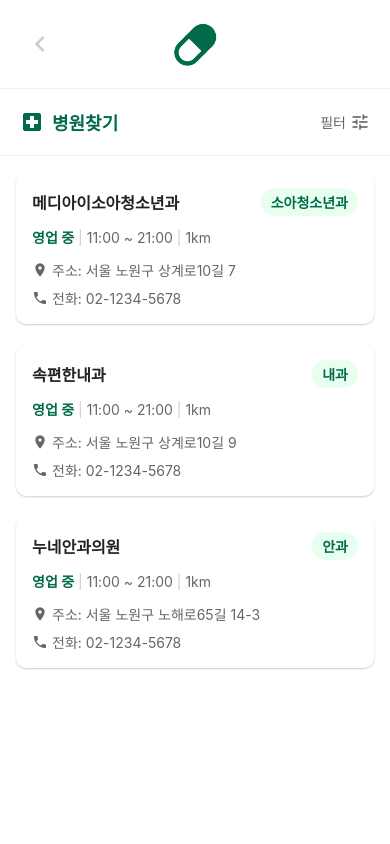
Repository: Sesac-icare/FrontEndiCare
Screen: /HospitalList (app in iCare/)
The author's editor kept a copy of each file at every save. The screen is drawn from the files as they stood at one save, then again after the next save.
The app was drawn by React Native's web renderer in a window 390 px wide. The project was rebuilt for these pictures with package versions that can differ from the ones it lists, and the page was loaded fresh each time. Some packages were replaced by stand-ins written for this rebuild. Also part of the build but not shown: iCare/components/Header.js, iCare/components/Contents.js, iCare/components/PharmacyList.js, iCare/components/MyPage.js, iCare/components/auth/SignUp.js, iCare/components/DocumentStorage.js.

Above is the screen before, as saved 2025-02-06 12:38:36.

### iCare/index.js
import { registerRootComponent } from "expo";

import App from "./App";

// registerRootComponent calls AppRegistry.registerComponent('main', () => App);
// It also ensures that whether you load the app in Expo Go or in a native build,
// the environment is set up appropriately
registerRootComponent(App);

// import { AppRegistry } from "react-native";
// import App from "./src/App";
// import { iCare } from "./app.json";

// import appConfig from "./app.json";

// const appName = appConfig.expo.name;

// AppRegistry.registerComponent(appName, () => App);

### iCare/App.js
import React, { useState, useEffect } from "react";
import { NavigationContainer } from "@react-navigation/native";
import { createNativeStackNavigator } from "@react-navigation/native-stack";
import { createBottomTabNavigator } from "@react-navigation/bottom-tabs";
import { View, StyleSheet, SafeAreaView, Text } from "react-native";
import { MaterialIcons } from "@expo/vector-icons";
import Header from "./components/Header";
import Contents from "./components/Contents";
import Splash from "./components/Splash";
import HospitalList from "./components/HospitalList";
import PharmacyList from "./components/PharmacyList";
import MyPage from "./components/MyPage";
import Login from "./components/auth/Login";
import SignUp from "./components/auth/SignUp";
import DocumentStorage from "./components/DocumentStorage";

const Stack = createNativeStackNavigator();
const Tab = createBottomTabNavigator();

// 임시 채팅, 마이페이지 컴포넌트
const ChatScreen = () => (
  <SafeAreaView style={styles.safe}>
    <View style={styles.container}>
      <Header />
      <View style={styles.center}>
        <Text>채팅 화면</Text>
      </View>
    </View>
  </SafeAreaView>
);

const HomeScreen = () => {
  return (
    <SafeAreaView style={styles.safe}>
      <View style={styles.container}>
        <Header />
        <Contents />
      </View>
    </SafeAreaView>
  );
};

// 탭 네비게이터
function TabNavigator() {
  return (
    <Tab.Navigator
      screenOptions={{
        headerShown: false,
        tabBarStyle: {
          height: 60,
          borderTopWidth: 1,
          borderTopColor: "#f0f0f0",
          paddingBottom: 20,
          paddingTop: 10,
          height: 80
        },
        tabBarActiveTintColor: "#016a4c",
        tabBarInactiveTintColor: "#CCCCCC",
        tabBarLabelStyle: {
          paddingBottom: 8,
          fontSize: 12,
          fontWeight: "500",
          marginTop: -4
        },
        tabBarIconStyle: {
          marginTop: -4
        }
      }}
    >
      <Tab.Screen
        name="홈"
        component={HomeScreen}
        options={{
          tabBarIcon: ({ color }) => (
            <MaterialIcons name="home" size={28} color={color} />
          )
        }}
      />
      <Tab.Screen
        name="채팅"
        component={ChatScreen}
        options={{
          tabBarIcon: ({ color }) => (
            <MaterialIcons name="forum" size={28} color={color} />
          )
        }}
      />
      <Tab.Screen
        name="마이페이지"
        component={MyPage}
        options={{
          tabBarIcon: ({ color }) => (
            <MaterialIcons name="person" size={28} color={color} />
          )
        }}
      />
    </Tab.Navigator>
  );
}

const App = () => {
  const [isLoading, setIsLoading] = useState(true);

  useEffect(() => {
    // 3초 후에 스플래시 화면 숨기기
    const timer = setTimeout(() => {
      setIsLoading(false);
    }, 3000);

    return () => clearTimeout(timer);
  }, []);

  if (isLoading) {
    return <Splash />;
  }

  return (
    <NavigationContainer>
      <Stack.Navigator screenOptions={{ headerShown: false }}>
        <Stack.Screen name="Login" component={Login} />
        <Stack.Screen name="SignUp" component={SignUp} />
        <Stack.Screen name="MainTabs" component={TabNavigator} />
        <Stack.Screen name="HospitalList" component={HospitalList} />
        <Stack.Screen name="PharmacyList" component={PharmacyList} />
        <Stack.Screen name="DocumentStorage" component={DocumentStorage} />
      </Stack.Navigator>
    </NavigationContainer>
  );
};

const styles = StyleSheet.create({
  safe: {
    flex: 1,
    backgroundColor: "#ffffff"
  },
  container: {
    flex: 1,
    backgroundColor: "#ffffff"
  },
  center: {
    flex: 1,
    justifyContent: "center",
    alignItems: "center"
  },
  button: {
    backgroundColor: "#f0f0f0",
    padding: 14,
    borderRadius: 9,
    marginBottom: 9,
    alignItems: "center"
  },
  buttonText: {
    fontSize: 18,
    color: "green",
    fontFamily: "NotoSansKR"
  }
});

export default App;

### iCare/components/Splash.js
import React from "react";
import { View, Text, StyleSheet, Image, Dimensions } from "react-native";

const { height } = Dimensions.get("window");

export default function Splash() {
  return (
    <View style={styles.container}>
      <View style={styles.logoContainer}>
        <Image
          source={require("../assets/iCareLogo.jpg")}
          style={styles.logo}
          resizeMode="contain"
        />
      </View>
      <View style={styles.footer}>
        <Text style={styles.title}>iCare</Text>
        <Text style={styles.subtitle}>
          아이를 위한 24시간 병원 및 약국 찾기
        </Text>
      </View>
    </View>
  );
}

const styles = StyleSheet.create({
  container: {
    flex: 1,
    backgroundColor: "#016a4c",
    justifyContent: "center"
  },
  logoContainer: {
    position: "absolute",
    top: "40%",
    left: 0,
    right: 0,
    alignItems: "center"
  },
  logo: {
    width: 200,
    height: 200
  },
  footer: {
    position: "absolute",
    bottom: 80,
    left: 0,
    right: 0,
    alignItems: "center"
  },
  title: {
    fontSize: 36,
    color: "#12b67a",
    marginBottom: 8,
    fontFamily: "NotoSansKR",
    fontWeight: "bold"
  },
  subtitle: {
    fontSize: 18,
    color: "white",
    opacity: 0.8,
    fontFamily: "NotoSansKR",
    fontWeight: "400"
  }
});

### iCare/components/HospitalList.js
import React from "react";
import {
  View,
  Text,
  StyleSheet,
  ScrollView,
  TouchableOpacity,
  SafeAreaView,
  Image
} from "react-native";
import { MaterialIcons } from "@expo/vector-icons";
import { useNavigation } from "@react-navigation/native";

export default function HospitalList() {
  const navigation = useNavigation();
  const hospitals = [
    {
      type: "소아청소년과",
      name: "메디아이소아청소년과",
      status: "영업 중",
      hours: "11:00 ~ 21:00",
      distance: "1km",
      address: "서울 노원구 상계로10길 7",
      tel: "02-1234-5678"
    },
    {
      type: "내과",
      name: "속편한내과",
      status: "영업 중",
      hours: "11:00 ~ 21:00",
      distance: "1km",
      address: "서울 노원구 상계로10길 9",
      tel: "02-1234-5678"
    },
    {
      type: "안과",
      name: "누네안과의원",
      status: "영업 중",
      hours: "11:00 ~ 21:00",
      distance: "1km",
      address: "서울 노원구 노해로65길 14-3",
      tel: "02-1234-5678"
    }
  ];

  return (
    <SafeAreaView style={styles.safe}>
      <View style={styles.container}>
        <View style={styles.header}>
          <TouchableOpacity
            style={styles.backButton}
            onPress={() => navigation.goBack()}
          >
            <MaterialIcons name="chevron-left" size={32} color="#CCCCCC" />
          </TouchableOpacity>
          <Image
            source={require("../assets/HeaderGreenLogo.png")}
            style={styles.logo}
            resizeMode="contain"
          />
        </View>

        <View style={styles.subHeader}>
          <View style={styles.titleContainer}>
            <MaterialIcons name="local-hospital" size={24} color="#016A4C" />
            <Text style={styles.pageTitle}>병원찾기</Text>
          </View>
          <TouchableOpacity style={styles.filterButton}>
            <Text style={styles.filterText}>필터</Text>
            <MaterialIcons name="tune" size={20} color="#666666" />
          </TouchableOpacity>
        </View>

        <ScrollView style={styles.listContainer}>
          {hospitals.map((hospital, index) => (
            <TouchableOpacity key={index} style={styles.hospitalItem}>
              <View style={styles.hospitalHeader}>
                <Text style={styles.hospitalName}>{hospital.name}</Text>
                <View style={styles.typeLabel}>
                  <Text style={styles.typeText}>{hospital.type}</Text>
                </View>
              </View>
              <Text style={styles.statusText}>
                <Text
                  style={
                    hospital.status === "영업 중"
                      ? styles.openStatus
                      : styles.closedStatus
                  }
                >
                  {hospital.status}
                </Text>
                <Text style={styles.statusDivider}> | </Text>
                {hospital.hours}
                <Text style={styles.statusDivider}> | </Text>
                {hospital.distance}
              </Text>
              <View style={styles.addressContainer}>
                <MaterialIcons name="location-on" size={16} color="#666" />
                <Text style={styles.addressText}>주소: {hospital.address}</Text>
              </View>
              <View style={styles.telContainer}>
                <MaterialIcons name="phone" size={16} color="#666" />
                <Text style={styles.telText}>전화: {hospital.tel}</Text>
              </View>
            </TouchableOpacity>
          ))}
        </ScrollView>
      </View>
    </SafeAreaView>
  );
}

const styles = StyleSheet.create({
  safe: {
    flex: 1,
    backgroundColor: "#fff"
  },
  container: {
    flex: 1,
    backgroundColor: "#fff"
  },
  header: {
    flexDirection: "row",
    alignItems: "center",
    padding: 20,
    borderBottomWidth: 1,
    borderBottomColor: "#f0f0f0",
    backgroundColor: "#fff"
  },
  backButton: {
    padding: 4,
    position: "absolute",
    left: 20,
    zIndex: 1
  },
  logo: {
    width: 48,
    height: 48,
    marginLeft: "auto",
    marginRight: "auto"
  },
  subHeader: {
    flexDirection: "row",
    justifyContent: "space-between",
    alignItems: "center",
    padding: 20,
    backgroundColor: "#fff",
    borderBottomWidth: 1,
    borderBottomColor: "#f0f0f0"
  },
  titleContainer: {
    flexDirection: 'row',
    alignItems: 'center',
    gap: 8
  },
  pageTitle: {
    fontSize: 18,
    fontWeight: "bold",
    color: "#016A4C"
  },
  filterButton: {
    flexDirection: "row",
    alignItems: "center",
    gap: 4
  },
  filterText: {
    fontSize: 14,
    color: "#666666"
  },
  listContainer: {
    flex: 1,
    padding: 16
  },
  hospitalItem: {
    marginBottom: 20,
    padding: 16,
    backgroundColor: "#fff",
    borderRadius: 10,
    elevation: 2,
    shadowColor: "#000",
    shadowOffset: {
      width: 0,
      height: 1
    },
    shadowOpacity: 0.2,
    shadowRadius: 2
  },
  hospitalHeader: {
    flexDirection: 'row',
    alignItems: 'center',
    justifyContent: 'space-between',
    marginBottom: 12
  },
  hospitalName: {
    fontSize: 16,
    fontWeight: "bold",
    color: "#222222",
    flex: 1
  },
  typeLabel: {
    backgroundColor: "#E8FEEE",
    paddingVertical: 4,
    paddingHorizontal: 10,
    borderRadius: 20,
    marginLeft: 8
  },
  typeText: {
    color: "#016A4C",
    fontSize: 14,
    fontWeight: "600"
  },
  openStatus: {
    color: "#016A4C",
    fontWeight: "600"
  },
  closedStatus: {
    color: "#E53935",
    fontWeight: "600"
  },
  statusDivider: {
    color: "#CCCCCC"
  },
  statusText: {
    color: "#666",
    fontSize: 14,
    marginBottom: 12,
    lineHeight: 20
  },
  addressContainer: {
    flexDirection: "row",
    alignItems: "center",
    gap: 4,
    marginBottom: 8
  },
  telContainer: {
    flexDirection: "row",
    alignItems: "center",
    gap: 4
  },
  addressText: {
    color: "#666",
    fontSize: 14,
    flex: 1
  },
  telText: {
    color: "#666",
    fontSize: 14,
    flex: 1
  }
});

### iCare/components/auth/Login.js
import React, { useState } from "react";
import {
  View,
  Text,
  StyleSheet,
  TouchableOpacity,
  SafeAreaView,
  Image,
  TextInput,
  KeyboardAvoidingView,
  Platform,
  ScrollView
} from "react-native";
import { MaterialIcons } from "@expo/vector-icons";
import { useNavigation } from "@react-navigation/native";

export default function Login() {
  const navigation = useNavigation();
  const [email, setEmail] = useState("");
  const [password, setPassword] = useState("");

  // 버튼 활성화 여부를 확인하는 함수
  const isLoginButtonEnabled = email.trim() !== "" && password.trim() !== "";

  const handleLogin = () => {
    if (!isLoginButtonEnabled) return;

    // 테스트를 위해 API 호출 없이 바로 메인 화면으로 이동
    navigation.navigate("MainTabs");

    /* 실제 API 연동 코드는 주석 처리
    fetch('api/users/login', {
      method: 'POST',
      headers: {
        'Content-Type': 'application/json',
      },
      body: JSON.stringify({
        email,
        password
      })
    })
    .then(response => response.json())
    .then(data => {
      if (data.token) {
        navigation.navigate("MainTabs");
      }
    })
    .catch(error => {
      if (error.response?.status === 400) {
        alert("이메일 또는 비밀번호가 올바르지 않습니다.");
      }
    });
    */
  };

  return (
    <SafeAreaView style={styles.safe}>
      <KeyboardAvoidingView
        behavior={Platform.OS === "ios" ? "padding" : "height"}
        style={styles.container}
      >
        <View style={styles.content}>
          <View style={styles.logoContainer}>
            <Image
              source={require("../../assets/HeaderGreenLogo.png")}
              style={styles.logo}
              resizeMode="contain"
            />
          </View>

          <View style={styles.inputSection}>
            <Text style={styles.label}>이메일</Text>
            <TextInput
              style={styles.input}
              placeholder="이메일을 입력해주세요"
              placeholderTextColor="#999"
              value={email}
              onChangeText={setEmail}
              autoCapitalize="none"
              keyboardType="email-address"
            />
          </View>

          <View style={styles.inputSection}>
            <Text style={styles.label}>비밀번호</Text>
            <TextInput
              style={styles.input}
              placeholder="비밀번호를 입력해주세요"
              placeholderTextColor="#999"
              secureTextEntry
              value={password}
              onChangeText={setPassword}
            />
          </View>
        </View>

        <View style={styles.buttonWrapper}>
          <TouchableOpacity
            style={[
              styles.loginButton,
              !isLoginButtonEnabled && styles.loginButtonDisabled
            ]}
            onPress={handleLogin}
            disabled={!isLoginButtonEnabled}
          >
            <Text
              style={[
                styles.loginButtonText,
                !isLoginButtonEnabled && styles.loginButtonTextDisabled
              ]}
            >
              로그인
            </Text>
          </TouchableOpacity>

          <TouchableOpacity
            style={styles.button}
            onPress={() => navigation.navigate("SignUp")}
          >
            <Text style={styles.buttonText}>회원가입</Text>
          </TouchableOpacity>
        </View>
      </KeyboardAvoidingView>
    </SafeAreaView>
  );
}

const styles = StyleSheet.create({
  safe: {
    flex: 1,
    backgroundColor: "#fff"
  },
  container: {
    flex: 1,
    backgroundColor: "#fff"
  },
  content: {
    flex: 1,
    padding: 24,
    justifyContent: "center"
  },
  logoContainer: {
    alignItems: "center",
    marginBottom: 60
  },
  logo: {
    width: 80,
    height: 80
  },
  inputSection: {
    marginBottom: 20
  },
  label: {
    fontSize: 14,
    color: "#222",
    marginBottom: 8,
    fontWeight: "500"
  },
  input: {
    borderWidth: 1,
    borderColor: "#E8E8E8",
    borderRadius: 8,
    padding: 12,
    fontSize: 14,
    color: "#222222"
  },
  buttonWrapper: {
    padding: 24,
    paddingBottom: Platform.OS === "ios" ? 34 : 24
  },
  loginButton: {
    backgroundColor: "#016A4C",
    paddingVertical: 15,
    borderRadius: 10,
    alignItems: "center",
    marginBottom: 12
  },
  loginButtonDisabled: {
    backgroundColor: "#CCCCCC"
  },
  loginButtonText: {
    color: "#fff",

    fontSize: 16,
    fontWeight: "600"
  },
  loginButtonTextDisabled: {
    color: "#999999"
  },
  button: {
    backgroundColor: "#fff",
    paddingVertical: 15,
    borderRadius: 10,
    alignItems: "center",
    borderWidth: 1,
    borderColor: "#016A4C"
  },
  buttonText: {
    fontSize: 16,
    color: "#016A4C",
    fontWeight: "600"
  }
});

After the next save:
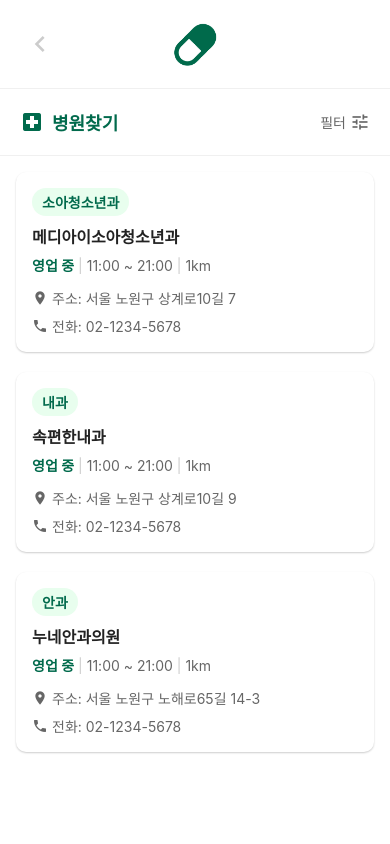
Saved 80 s later.
--- a/iCare/components/HospitalList.js
+++ b/iCare/components/HospitalList.js
@@ -74,12 +74,10 @@ export default function HospitalList() {
         <ScrollView style={styles.listContainer}>
           {hospitals.map((hospital, index) => (
             <TouchableOpacity key={index} style={styles.hospitalItem}>
-              <View style={styles.hospitalHeader}>
-                <Text style={styles.hospitalName}>{hospital.name}</Text>
-                <View style={styles.typeLabel}>
-                  <Text style={styles.typeText}>{hospital.type}</Text>
-                </View>
+              <View style={styles.typeLabel}>
+                <Text style={styles.typeText}>{hospital.type}</Text>
               </View>
+              <Text style={styles.hospitalName}>{hospital.name}</Text>
               <Text style={styles.statusText}>
                 <Text
                   style={
@@ -186,29 +184,24 @@ const styles = StyleSheet.create({
     shadowOpacity: 0.2,
     shadowRadius: 2
   },
-  hospitalHeader: {
-    flexDirection: 'row',
-    alignItems: 'center',
-    justifyContent: 'space-between',
-    marginBottom: 12
-  },
-  hospitalName: {
-    fontSize: 16,
-    fontWeight: "bold",
-    color: "#222222",
-    flex: 1
-  },
   typeLabel: {
     backgroundColor: "#E8FEEE",
     paddingVertical: 4,
     paddingHorizontal: 10,
     borderRadius: 20,
-    marginLeft: 8
+    alignSelf: "flex-start",
+    marginBottom: 8
   },
   typeText: {
     color: "#016A4C",
     fontSize: 14,
     fontWeight: "600"
+  },
+  hospitalName: {
+    fontSize: 16,
+    fontWeight: "bold",
+    color: "#222222",
+    marginBottom: 8
   },
   openStatus: {
     color: "#016A4C",
